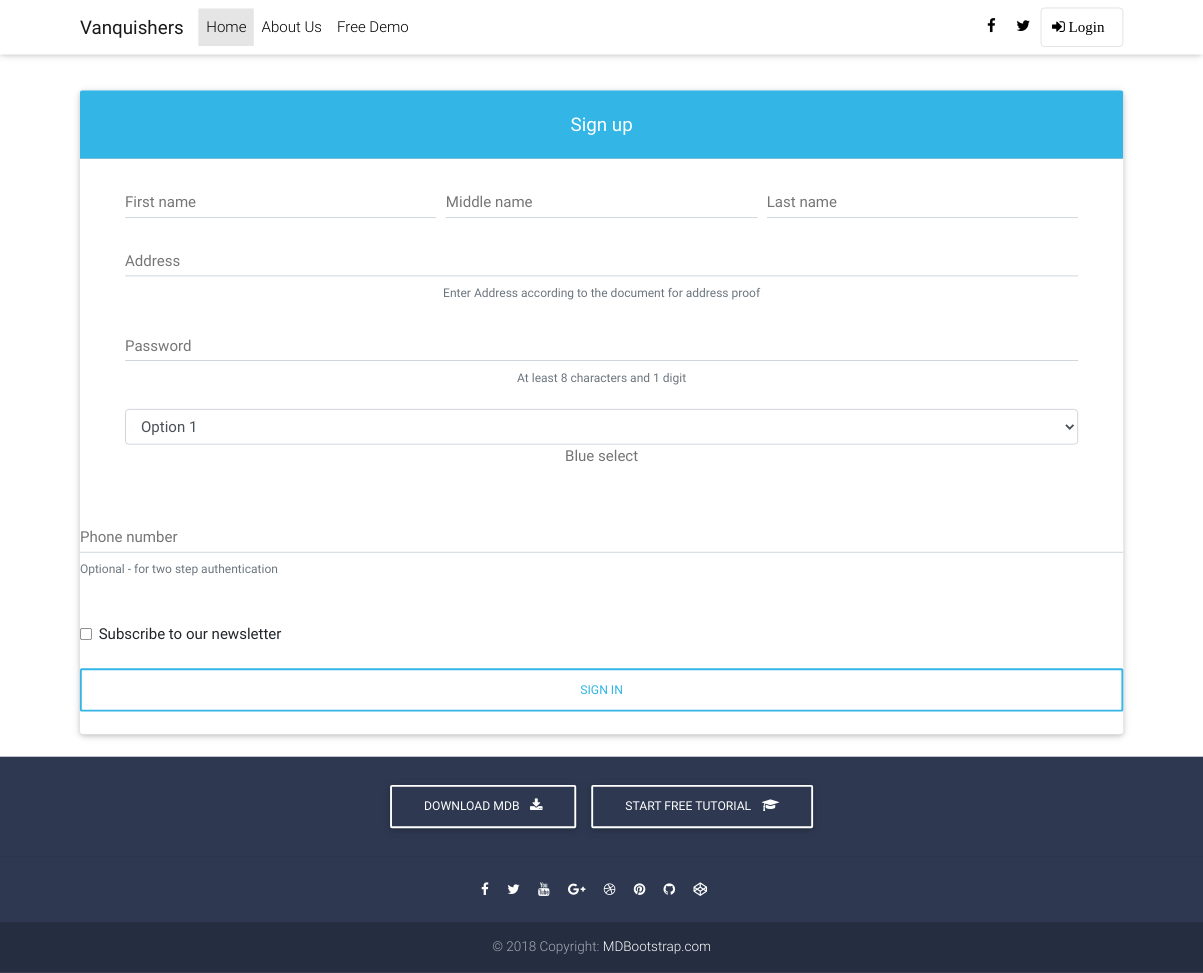
Repository: KJSCEhack/KJSCE_Vanquishers
Page: http://localhost/demo.php
These files come from the project's save history. The page is drawn as it stood at one moment and after the next save; the edit follows.
The browser window is 1280 px wide. The pictures show the whole page, at 94% of full size.
The page is run by PHP 8.4 with error messages shown; the project is at /var/www/html/.

Above is the page before, as saved 2018-10-06 09:16:08.

After the next save:
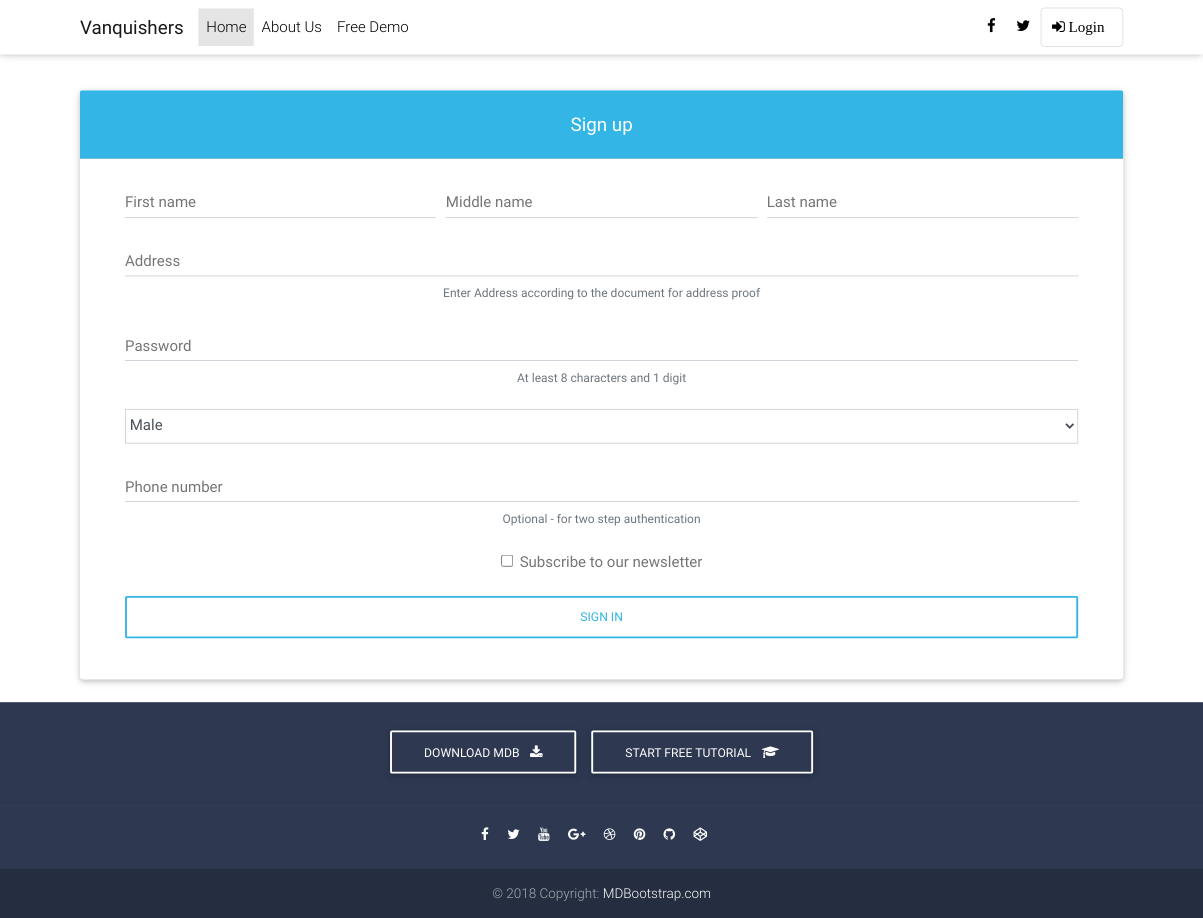
Saved 49 s later.
--- a/demo.php
+++ b/demo.php
@@ -157,15 +157,12 @@ mysqli_close($conn);
                         </small>
                     </div>
 
-                    <divclass="md-form">
-                        <select class="form-control">
-                            <option value="1">Option 1</option>
-                            <option value="2">Option 2</option>
-                            <option value="3">Option 3</option>
-                            <option value="4">Option 4</option>
-                            <option value="5">Option 5</option>
+                    <div class="md-form">
+                        <select id="materialRegisterFormPassword" class="form-control">
+                            <option value="M">Male</option>
+                            <option value="F">Female</option>
+                            <option value="O">Other</option>
                         </select>
-                        <label>Blue select</label>
                     </div>
 
                     <!-- Phone number -->
